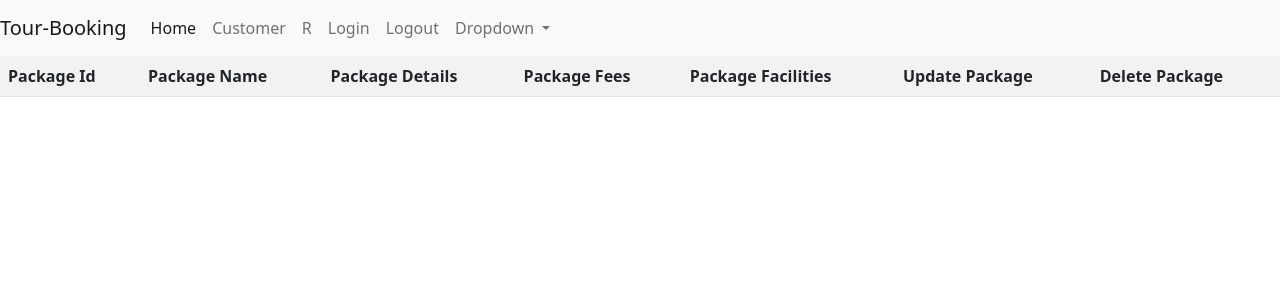
Repository: shivambhat45/Tour-Booking
Page: http://localhost/home
The author's editor kept a copy of each file at every save. The page is drawn from the files as they stood at one save, then again after a run of saves.
The browser window is 1280 px wide. The pictures show the whole page.
Some web libraries are served in a nearby version. The page is this project's Thymeleaf template; nobody is signed in. The template is opened directly, without the code that normally fills it, so the values that code supplies are empty.

Above is the page before, as saved 2022-10-29 21:28:04.

### frontend-ui/src/main/resources/templates/home.html
<!DOCTYPE html>
<html xmlns:th="http://www.thymeleaf.org">

<head>
	<meta charset="ISO-8859-1">
	<title>Home Page</title>
	<!-- CSS only -->
	<link href="https://cdn.jsdelivr.net/npm/bootstrap@5.2.2/dist/css/bootstrap.min.css" rel="stylesheet"
		integrity="sha384-Zenh87qX5JnK2Jl0vWa8Ck2rdkQ2Bzep5IDxbcnCeuOxjzrPF/et3URy9Bv1WTRi" crossorigin="anonymous">
</head>

<body>
	<nav class="navbar navbar-expand-lg navbar-light bg-light">
		<a class="navbar-brand" href="#">Tour-Booking</a>
		<button class="navbar-toggler" type="button" data-toggle="collapse" data-target="#navbarNavAltMarkup"
			aria-controls="navbarNavAltMarkup" aria-expanded="false" aria-label="Toggle navigation">
			<span class="navbar-toggler-icon"></span>
		</button>
		<div class="collapse navbar-collapse" id="navbarNavAltMarkup">
			<div class="navbar-nav">
				<a class="nav-item nav-link active" href="/">Home <span class="sr-only"></span></a>
				<a class="nav-item nav-link" href="#">Customer</a>
				<a class="nav-item nav-link" href="#">R</a>
				<a class="nav-item nav-link" href="#">Login</a>
				<a class="nav-item nav-link" href="/logout">Logout</a>
				<li class="nav-item dropdown">
					<a class="nav-link dropdown-toggle" href="#" id="navbarDropdown" role="button"
						data-toggle="dropdown" aria-haspopup="true" aria-expanded="false">
						Dropdown
					</a>
					<div class="dropdown-menu" aria-labelledby="navbarDropdown">
						<a class="dropdown-item" href="#">Action</a>
						<a class="dropdown-item" href="#">Another action</a>
						<div class="dropdown-divider"></div>
						<a class="dropdown-item" href="#">Something else here</a>
					</div>
				</li>
			</div>
		</div>
	</nav>
	<div>
		<table class="table table-striped">
			<tr>
				<th>Package Id </th>
				<th>Package Name</th>
				<th>Package Details</th>
				<th>Package Fees</th>
				<th>Package Facilities</th>
				<th>Update Package</th>
				<th>Delete Package</th>
			</tr>

			<tr th:each="package:${packageList}">
				<td><a th:href="@{bookTour(packageId=${package.packageId})}"><span
							th:text="${package.packageId}"></span></td>
				<td><span th:text="${package.packageName}"></span></td>
				<td><span th:text="${package.packageDetails}"></span></td>
				<td><span th:text="${package.packageFees}"></span></td>
				<td><span th:text="${package.packageFacilities}"></span></td>
				<td><a
						th:href="@{updatePackage(packageName=${package.packageName},packageDetails=${package.packageDetails},packageFees=${package.packageFees},packageFacilities=${package.packageFacilities})}">Update
				</td>
				<td><a th:href="@{deletePackage(packageName=${package.packageName})}">Delete</td>
			</tr>
		</table>

	</div>


	<script src="https://code.jquery.com/jquery-3.2.1.slim.min.js"
		integrity="sha384-KJ3o2DKtIkvYIK3UENzmM7KCkRr/rE9/Qpg6aAZGJwFDMVNA/GpGFF93hXpG5KkN"
		crossorigin="anonymous"></script>
	<script src="https://cdn.jsdelivr.net/npm/popper.js@1.12.9/dist/umd/popper.min.js"
		integrity="sha384-ApNbgh9B+Y1QKtv3Rn7W3mgPxhU9K/ScQsAP7hUibX39j7fakFPskvXusvfa0b4Q"
		crossorigin="anonymous"></script>
	<script src="https://cdn.jsdelivr.net/npm/bootstrap@4.0.0/dist/js/bootstrap.min.js"
		integrity="sha384-JZR6Spejh4U02d8jOt6vLEHfe/JQGiRRSQQxSfFWpi1MquVdAyjUar5+76PVCmYl"
		crossorigin="anonymous"></script>

</body>

</html>

After the next 2 saves:
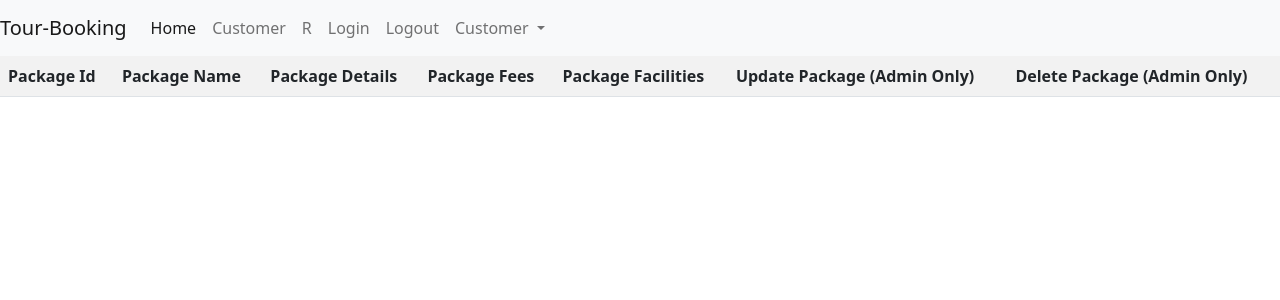
The 2 saves are shown as one change because they came seconds apart.
The last was saved 56 s later.
--- a/frontend-ui/src/main/resources/templates/home.html
+++ b/frontend-ui/src/main/resources/templates/home.html
@@ -26,7 +26,7 @@
 				<li class="nav-item dropdown">
 					<a class="nav-link dropdown-toggle" href="#" id="navbarDropdown" role="button"
 						data-toggle="dropdown" aria-haspopup="true" aria-expanded="false">
-						Dropdown
+						Customer
 					</a>
 					<div class="dropdown-menu" aria-labelledby="navbarDropdown">
 						<a class="dropdown-item" href="#">Action</a>
@@ -46,8 +46,8 @@
 				<th>Package Details</th>
 				<th>Package Fees</th>
 				<th>Package Facilities</th>
-				<th>Update Package</th>
-				<th>Delete Package</th>
+				<th>Update Package (Admin Only)</th>
+				<th>Delete Package (Admin Only)</th>
 			</tr>
 
 			<tr th:each="package:${packageList}">
